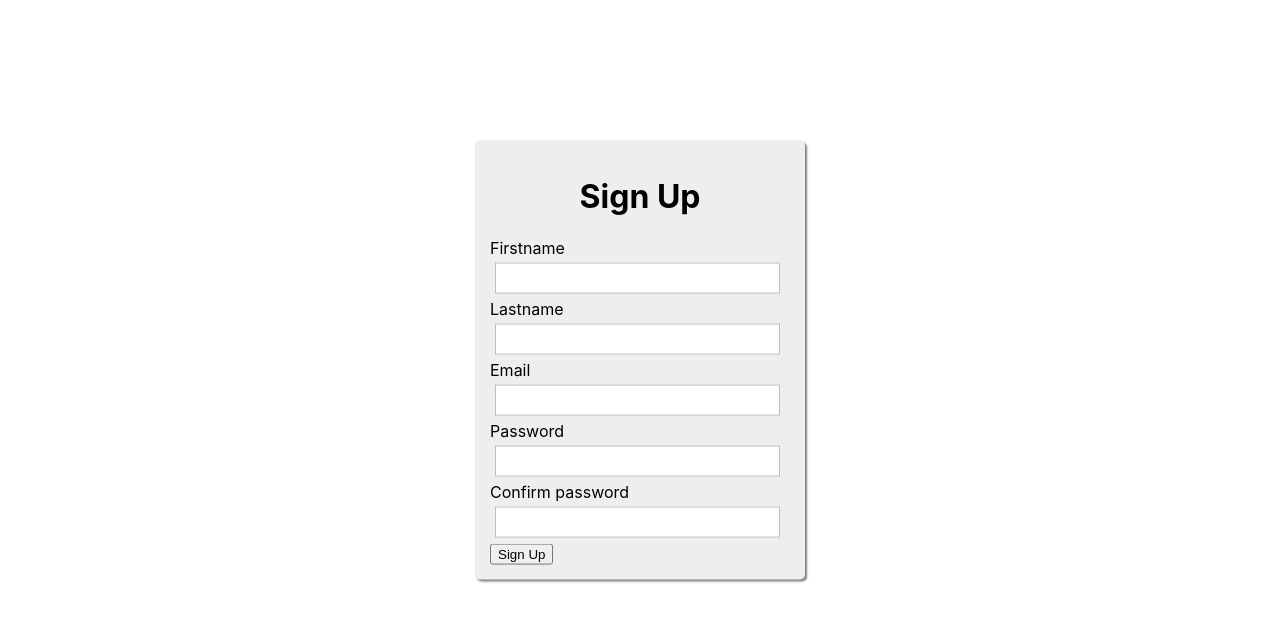
Repository: khamraeva/JSP-homework1-sighup
Page: /
These files come from the project's save history. The page is drawn as it stood at one moment and after the next save; the edit follows.
The browser window is 1280 px wide. The pictures show the whole page.
The project was rebuilt for these pictures with package versions that can differ from the ones it lists, and the page was loaded fresh each time. Also part of the build but not shown: src/App.css.

Above is the page before, as saved 2020-07-22 17:02:01.

After the next save:
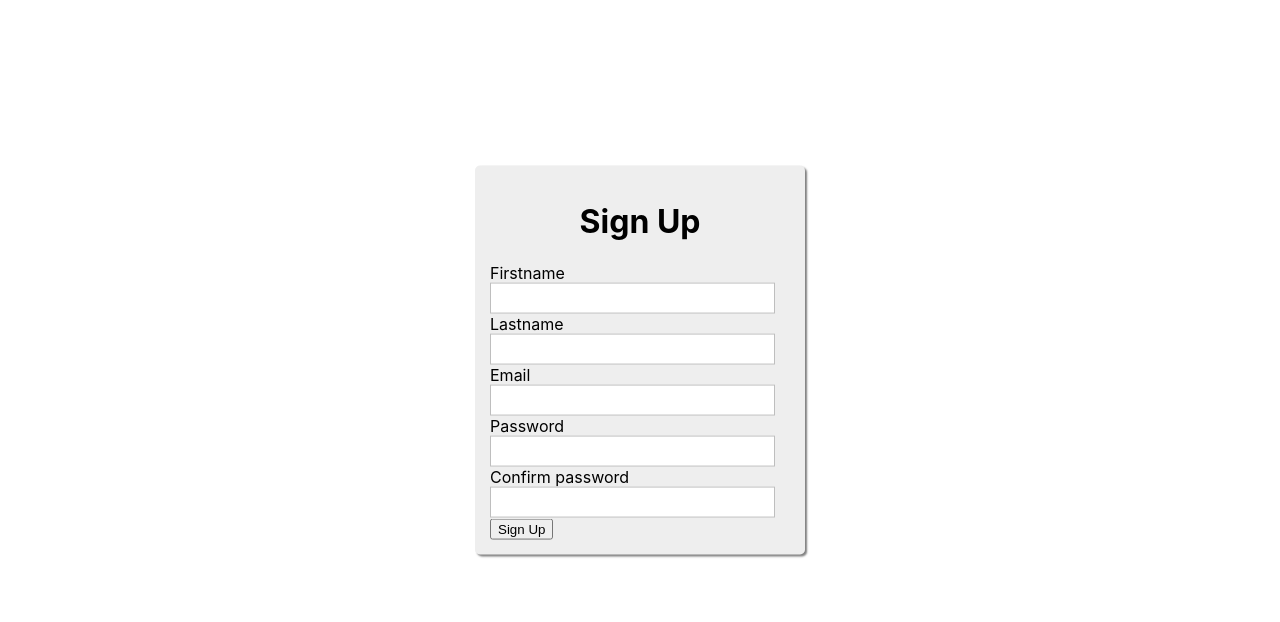
Saved 11 s later.
--- a/src/Components/SignUp/SignUp.css
+++ b/src/Components/SignUp/SignUp.css
@@ -24,7 +24,6 @@
     box-sizing: border-box;
     border: 1px solid #bebebe;
     padding: 7px;
-    margin: 5px;
     width: 95%;
     outline: none;
     transition: all 300ms ease-in-out;

After the save that followed:
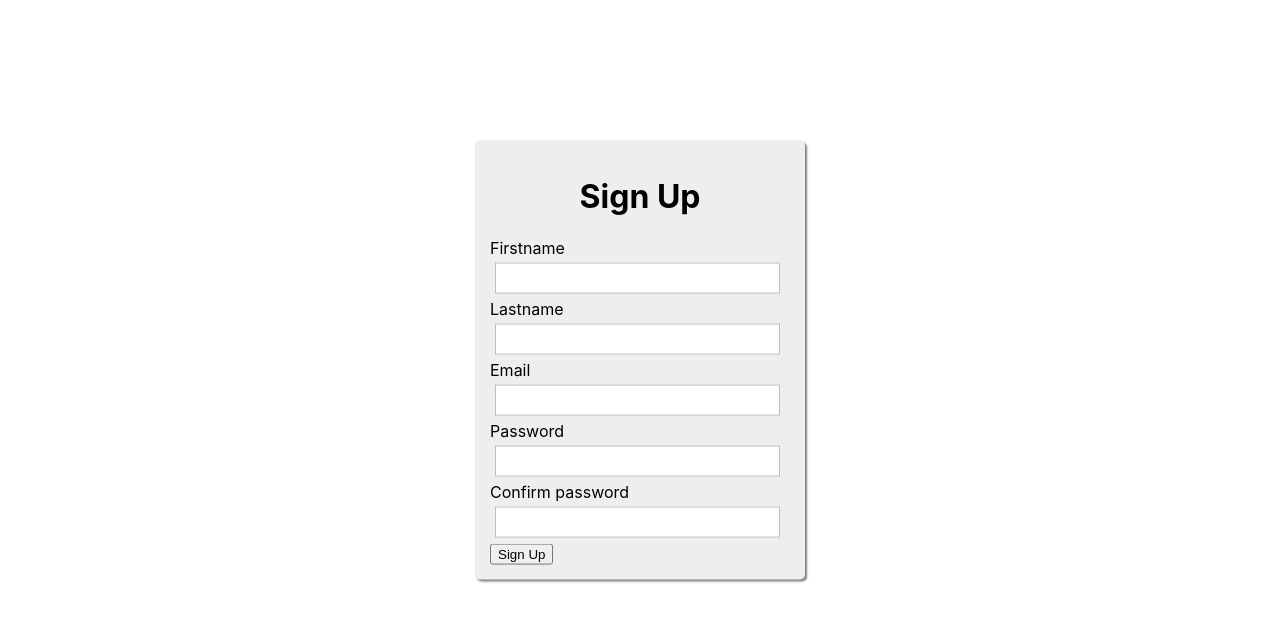
Saved 6 s later.
--- a/src/Components/SignUp/SignUp.css
+++ b/src/Components/SignUp/SignUp.css
@@ -24,6 +24,7 @@
     box-sizing: border-box;
     border: 1px solid #bebebe;
     padding: 7px;
+    margin: 5px;
     width: 95%;
     outline: none;
     transition: all 300ms ease-in-out;
